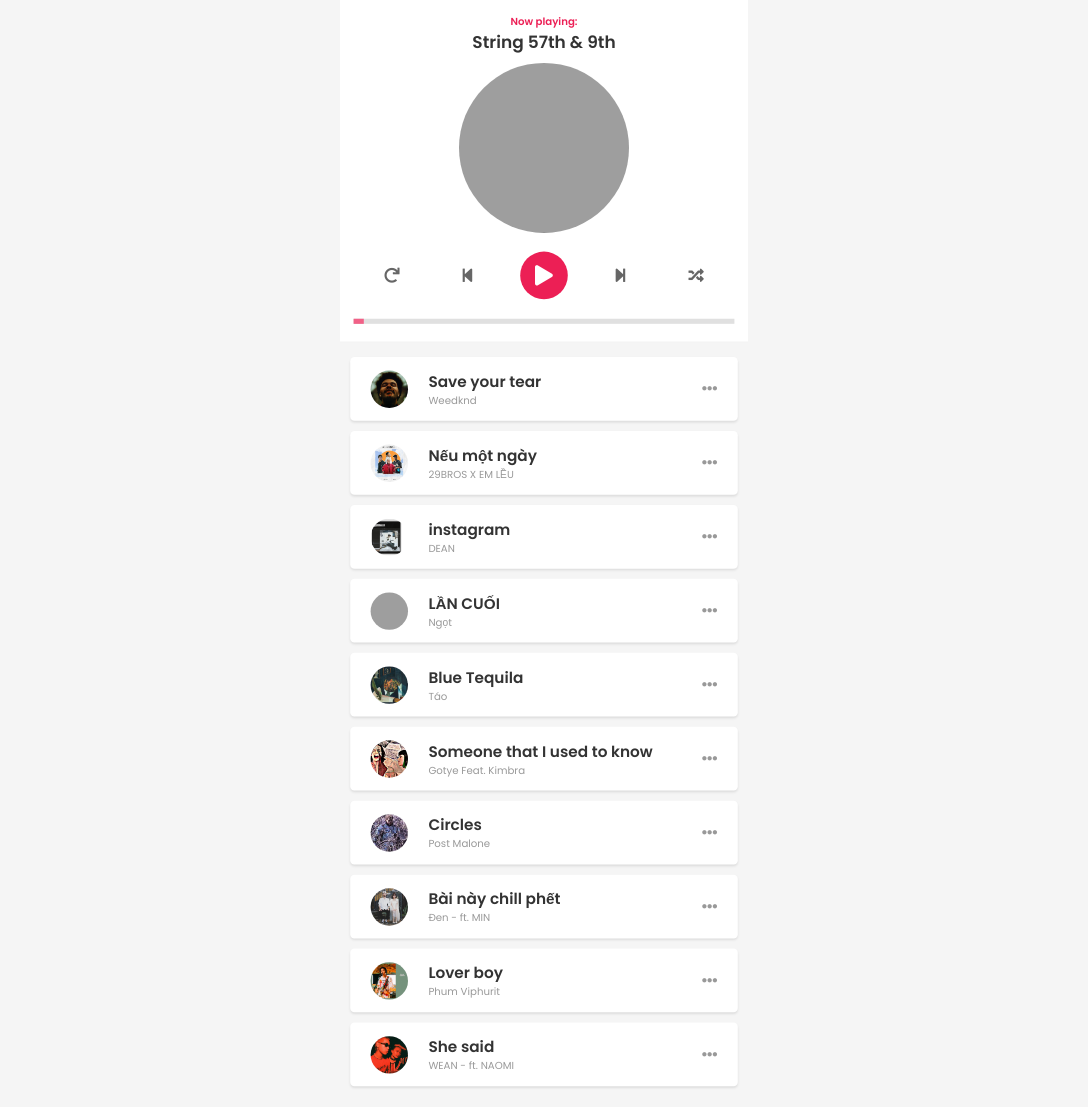
Repository: AnhTuan191298/sent-file-hoang
Page: music_player_f8/index.html
The author's editor kept a copy of each file at every save. The page is drawn from the files as they stood at one save, then again after the next save.
The browser window is 1280 px wide. The pictures show the whole page, at 85% of full size.
Pictures or frames that could not be fetched are drawn as grey boxes.

Above is the page before, as saved 2021-02-18 11:22:39.

After the next save:
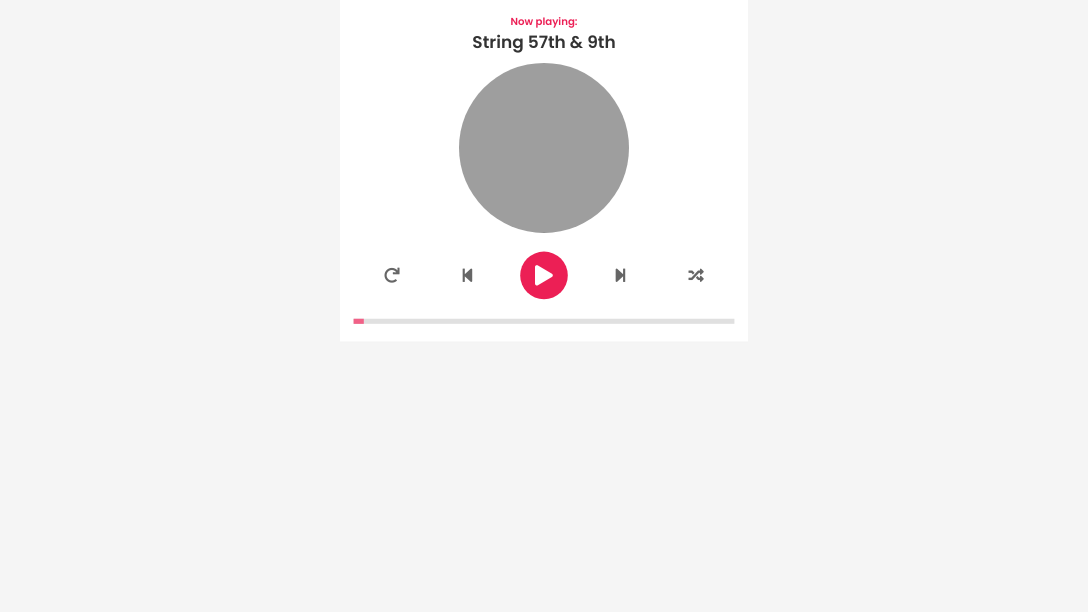
Console error: TypeError: this.loadCurrentSong is not a function
Saved 54 s later.
--- a/music_player_f8/assets/js/main.js
+++ b/music_player_f8/assets/js/main.js
@@ -130,7 +130,8 @@ const app = {
         // Xử lý các sự kiện (DOM Events)
         this.handleEvents()
 
-        // Load current song
+        // Tải thông tin bài hát đầu tiên vào UI khu chạy ứng dụng
+        this.loadCurrentSong()
 
         // Render play list
         this.render()

After the save that followed:
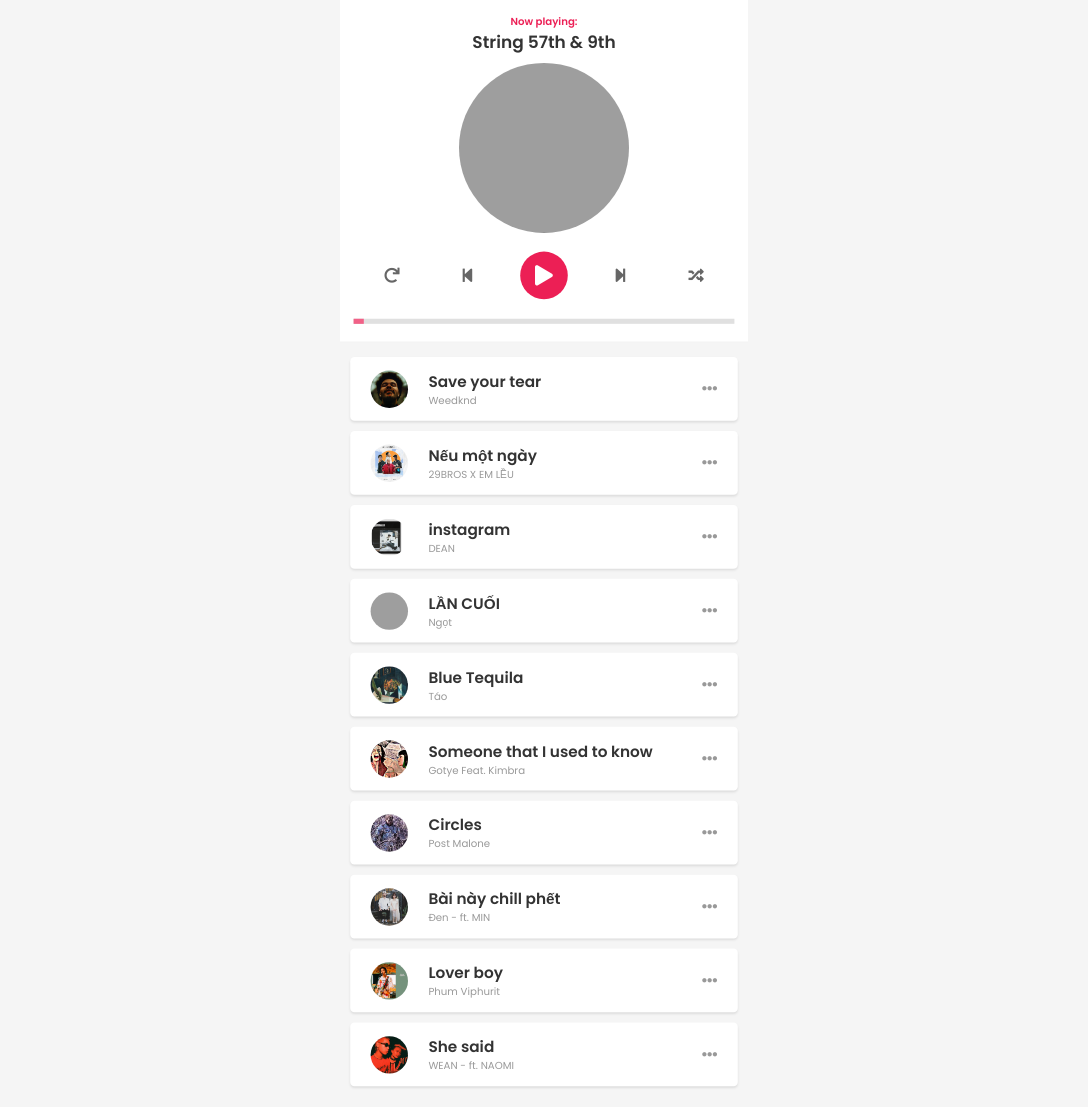
The error is gone.
Saved 89 s later.
--- a/music_player_f8/assets/js/main.js
+++ b/music_player_f8/assets/js/main.js
@@ -123,6 +123,9 @@ const app = {
 
         }
     },
+    loadCurrentSong: function() {
+        const heading = $('header h2')
+    },
     start: function() {
         // Định nghĩa các thuộc tính cho Object
         this.defineProperties()
